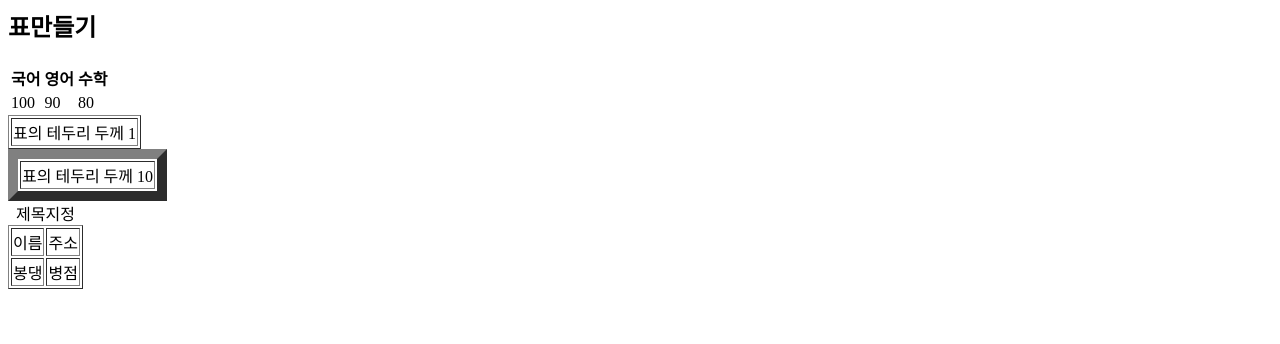
Repository: kisunssong/jsp
Page: http://localhost/test/table.jsp
An editor plug-in stored every save of this project. The page is shown before and after the next save, followed by the edit.
The browser window is 1280 px wide. The pictures show the whole page.
The page is served by Tomcat 9.

Above is the page before, as saved 2020-10-28 13:57:08.

After the next save:
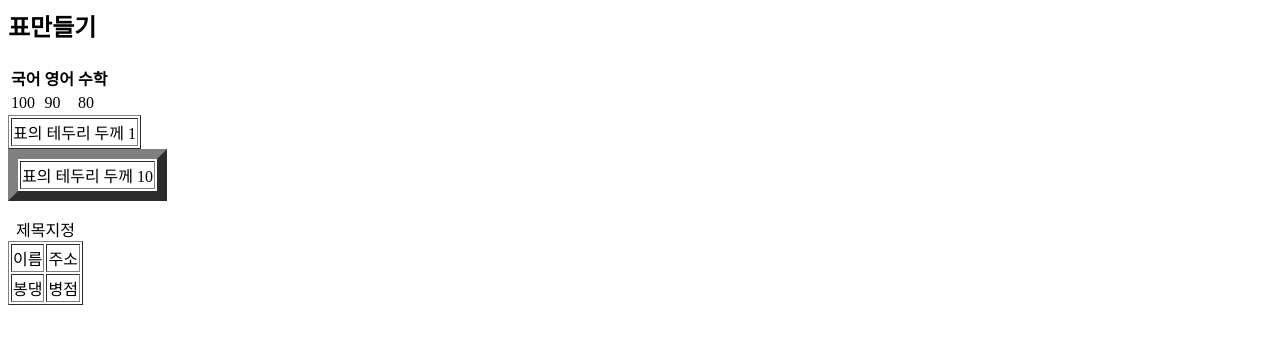
Saved 14 s later.
--- a/test/WebContent/table.jsp
+++ b/test/WebContent/table.jsp
@@ -16,7 +16,7 @@
 <TR><TD>표의 테두리 두께 1</TR>
 <TABLE BORDER="10">
 <TR><TD>표의 테두리 두께 10</TR>
-</TABLE>
+</TABLE><P>
 
 <TABLE BORDER="1">
 <CAPTION ALIGN="TOP">제목지정</CAPTION>
